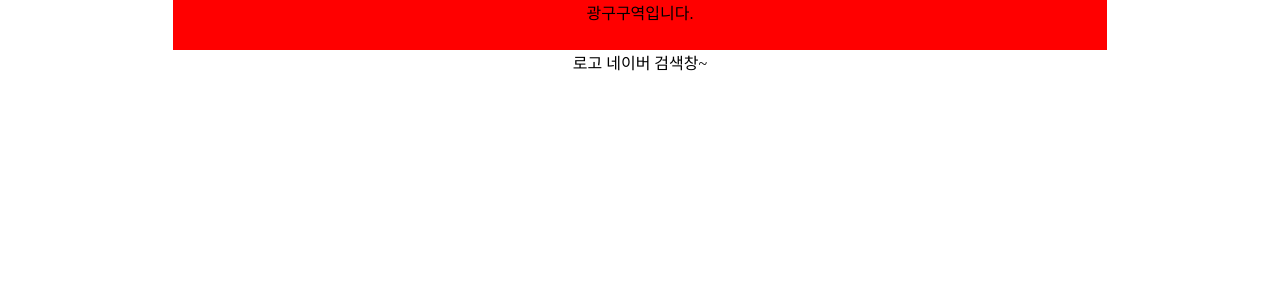
Repository: leehyeonung/myproject
Page: http://localhost/myproject/
These files come from the project's save history. The page is drawn as it stood at one moment and after a run of saves; the edit follows.
The browser window is 1280 px wide. The pictures show the whole page.
The page is served by Tomcat 9.

Above is the page before, as saved 2023-03-15 12:24:54.

After the next 2 saves:
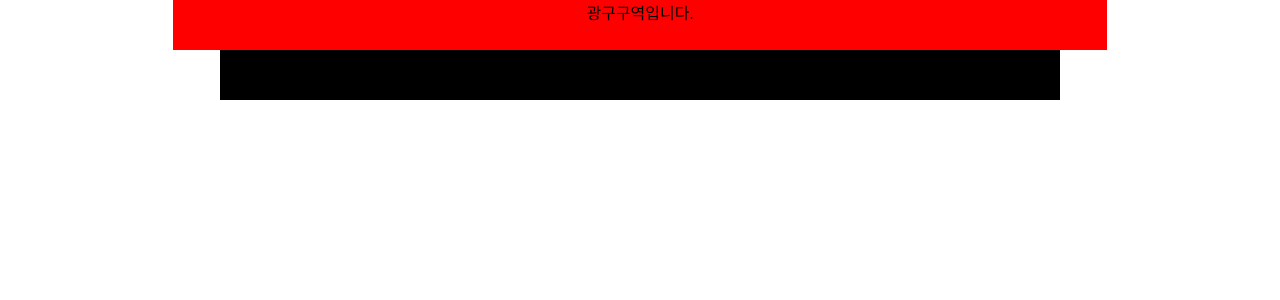
The 2 saves are shown as one change because they came seconds apart.
The last was saved 54 s later.
--- a/myproject/src/main/webapp/resources/css/header.css
+++ b/myproject/src/main/webapp/resources/css/header.css
@@ -8,5 +8,8 @@
 .ad{
 	height: 50px;
 	background-color: red;
-
 }
+.searchbox{
+	height: 50px;
+	background-color: black;
+}
